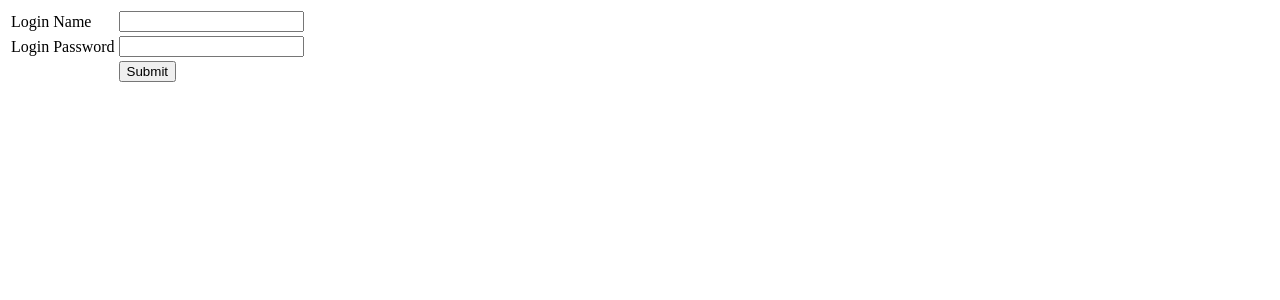
Repository: pyaephyotint22/Maven-Student-Course
Page: http://localhost/02-helloo-servlet/
These files come from the project's save history. The page is drawn as it stood at one moment and after the next save; the edit follows.
The browser window is 1280 px wide. The pictures show the whole page.
The page is served by Tomcat 9. Other server files are loaded and not shown.

Above is the page before, as saved 2020-12-14 13:09:33.

### 02-helloo-servlet/src/main/webapp/index.jsp
<%@ page language="java" contentType="text/html; charset=ISO-8859-1"
    pageEncoding="ISO-8859-1"%>
<!DOCTYPE html>
<html>
<head>
<meta charset="ISO-8859-1">
<title>Insert title here</title>
</head>
<body>
<form action="#">
	<table>
	<tr>
	<td>Login Name</td>
	<td>
	<input type="text" name="usename" />
	</td>
	</tr>
	<tr>
	<td>Login Password</td>
	<td>
	 <input type="text" name="usepassword" />
	</td>
	</tr>
	<tr>
	<td></td>
	<td>
	 <input type="submit" name="Login" />
	</td>
	</tr>
	</table>
</form>
</body>
</html>

After the next save:
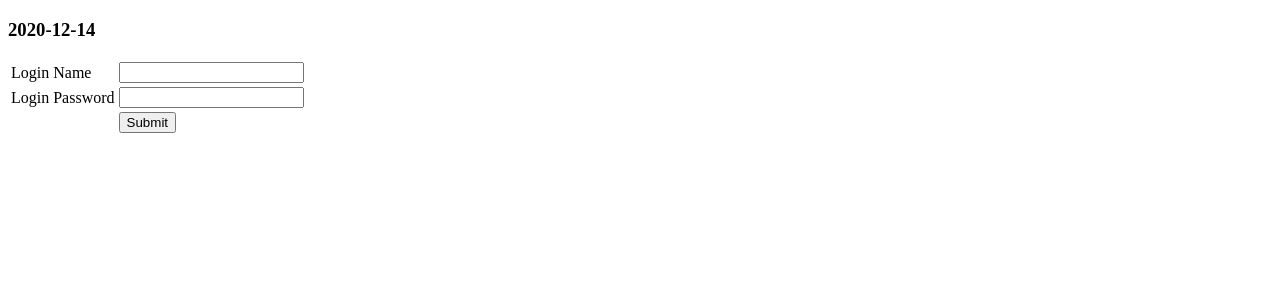
Saved 12 min 13 s later.
--- a/02-helloo-servlet/src/main/webapp/index.jsp
+++ b/02-helloo-servlet/src/main/webapp/index.jsp
@@ -1,3 +1,4 @@
+<%@page import="java.time.LocalDate"%>
 <%@ page language="java" contentType="text/html; charset=ISO-8859-1"
     pageEncoding="ISO-8859-1"%>
 <!DOCTYPE html>
@@ -7,7 +8,8 @@
 <title>Insert title here</title>
 </head>
 <body>
-<form action="#">
+<h3><% out.println(LocalDate.now());%></h3>
+<form action="#" method="post">
 	<table>
 	<tr>
 	<td>Login Name</td>
